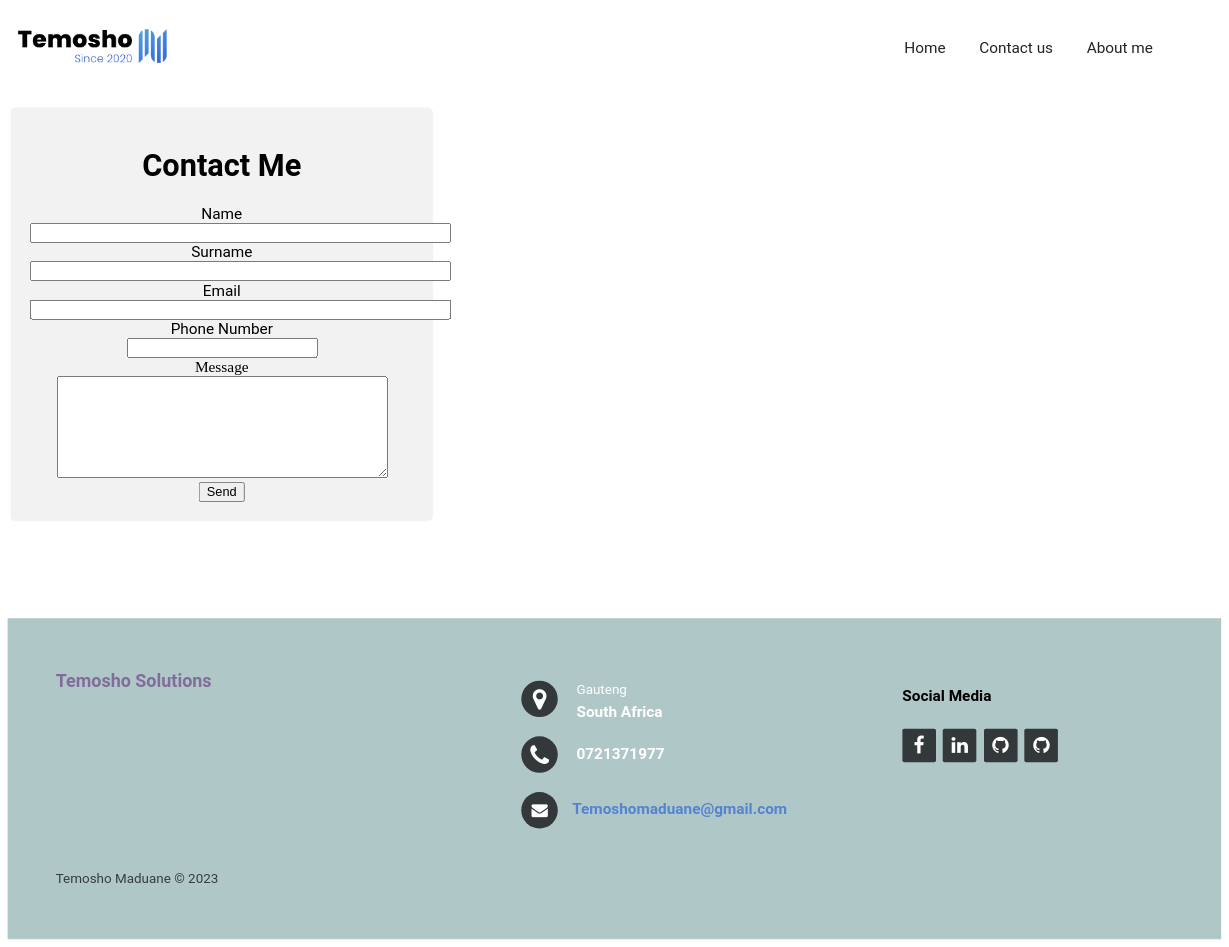
Repository: TemoshoS/T-Shaku
Page: contact.html
An editor plug-in stored every save of this project. The page is shown before and after the next save, followed by the edit.
The browser window is 1280 px wide. The pictures show the whole page, at 96% of full size.
Pictures or frames that could not be fetched are drawn as grey boxes. Some web libraries are served in a nearby version.

Above is the page before, as saved 2023-09-28 14:20:30.
Console error: TypeError: Cannot set properties of null (setting 'innerHTML')

### contact.html
<!DOCTYPE html>
<html>

    <title>
        Contact details
    </title>
    <link rel="stylesheet" href="http://maxcdn.bootstrapcdn.com/font-awesome/4.2.0/css/font-awesome.min.css">
    <link href="http://fonts.googleapis.com/css?family=Cookie" rel="stylesheet" type="text/css">
	  <link rel="stylesheet" href="./css/style.css">


<body>
<!--Navigation bar-->
    <head>
        <div>
          <table style="width: 100%;">
            <tr>
              <td>

                  <img src="./images/logo.png" alt="No Logo" style="height: 50px;"  />

              </td>
              <td align="right">
                <nav
                  style=" margin-right: 50px; margin-top: 16px; margin-bottom: 16px; margin-left: 50px; "
                >
                <ul>
                    <a href="index.html" class="nav-link">Home</a>
                    <a href="#" class="nav-link"> Contact us</a>
                    <a href="about.html" class="nav-link">About me</a>
                </ul>
                </nav>
              </td>
            </tr>
          </table>
        </div>
      </head>






    <main style="text-align:center;">



<br>
 <!--Contact details-->
 <table>
  <tr>
    <td>
 <div class="contactform">
<h1 >Contact Me</h1>
<form
  action="https://formspree.io/f/xqknqbyv"
  method="POST"

>

<label >Name</label></br>
    <input type="text" name="text" size="50" required="true" ></br>

<label >Surname</label></br>
    <input type="text" name="text" size="50" required="true" ></br>

<label >Email</label></br>
    <input type="email" name="email" size="50" required="true" ></br>

<label >Phone Number</label></br>
    <input type="number" name="number"  required="true"></br>

  <label ></label>Message</br>
    <textarea name="message" size="50" required style="width: 339px;height: 100px;"></textarea></br>


  <button type="submit">Send</button>
</form>
</div>

</td>
</tr>
</table>

</br>


    </main>

    <footer class="footer-distributed">
      <div class="footer-left">

          <h3><span>Temosho Solutions</span></h3>
          <p class="footer-links">
            <iframe src="https://www.google.com/maps/embed?pb=!1m18!1m12!1m3!1d57373.12731923028!2d28.183328280934226!3d-26.00669819115315!2m3!1f0!2f0!3f0!3m2!1i1024!2i768!4f13.1!3m3!1m2!1s0x1e956bed9ab01b69%3A0xc853e498933bab2e!2sTembisa%2C%201632!5e0!3m2!1sen!2sza!4v1676883111483!5m2!1sen!2sza"  width="300" height="150" style="border:0;" allowfullscreen="" loping="lazy"></iframe>


          </p>


          <p class="footer-portfolio-name">Temosho Maduane &copy; 2023</p>
      </div>

      <div class="footer-center">

          <div>
              <i class="fa fa-map-marker"></i>
              <p><span>Gauteng</span>South Africa</p>
          </div>
          <div>
              <i class="fa fa-phone"></i>
              <p>0721371977</p>
          </p>

          </div>
          <div>

              <p><a href="temoshomaduane@gmail.com"><i class="fa fa-envelope"></i>Temoshomaduane@gmail.com</a>
              </p>
          </div>
      </div>

      <div class="footer-right">
              <p >
                  Social Media
              </p>

              <div class="footer-icons">
                  <a href="https://m.facebook.com/temosho.shaku"><i class="fa fa-facebook"></i></a>
                  <a href="https://www.linkedin.com/mwlite/in/temosho-shaku-a2598917b"><i class="fa fa-linkedin"></i></a>
                  <a href="https://github.com/TemoshoS"><i class="fa fa-github"></i></a>
                  <a href="https://api.whatsapp.com/send?phone=27 721371977"><i class="fa fa-github"></i></a>

              </div>

      </div>
  </footer>
  <script src="./javascript/contact.js"></script>

</body>
</html>

### css/style.css
/*Navigation bar*/
.nav-link {
	text-decoration: none;
	display: inline-block;
	padding: 13px 13px;
	color: #212529;
	margin-right: 5px;
  }

  .nav-link:hover {
	text-decoration:none;
	border-bottom: 2px solid #84e7ee;
  }


@import url("https://fonts.googleapis.com/css2?family=Roboto:wght@100&display=swap");
h1,
h2,
h3,
h4,
h5,
h6,
p,
a,
label,
address,
input {
	font-family: "Roboto", sans-serif;
}

/*button*/

.buttonmore {
	padding: 0.6em 2em;
	border: none;
	outline: none;
	color: rgb(255, 255, 255);
	cursor: pointer;
	position: relative;
	z-index: 0;
	border-radius: 10px;
	user-select: none;
	-webkit-user-select: none;
	touch-action: manipulation;
  }

  .buttonmore:before {
	content: "";
	background: linear-gradient(
	  45deg,
	  #ff0000,
	  #ff7300,
	  #fffb00,
	  #48ff00,
	  #00ffd5,
	  #002bff,
	  #7a00ff,
	  #ff00c8,
	  #ff0000
	);
	position: absolute;
	top: -2px;
	left: -2px;
	background-size: 400%;
	z-index: -1;
	filter: blur(5px);
	-webkit-filter: blur(5px);
	width: calc(100% + 4px);
	height: calc(100% + 4px);
	animation: glowing-button-85 20s linear infinite;
	transition: opacity 0.3s ease-in-out;
	border-radius: 10px;
  }

  @keyframes glowing-button-85 {
	0% {
	  background-position: 0 0;
	}
	50% {
	  background-position: 400% 0;
	}
	100% {
	  background-position: 0 0;
	}
  }

  .buttonmore:after {
	z-index: -1;
	content: "";
	position: absolute;
	width: 100%;
	height: 100%;
	background: #b0c7c7;
	left: 0;
	top: 0;
	border-radius: 10px;
  }
/*Contact form*/
.contactform {


	border-radius: 5px;
	background-color: #f2f2f2;
	padding: 20px;
	width: 400px;
	margin-left: auto;
	margin-right: auto;

}



.footer-distributed{
	background-color: #b0c7c7;
	box-shadow: 0 1px 1px 0 rgba(5, 110, 52, 0.12);
	box-sizing: border-box;
	width: 100%;
	text-align: left;
	font: bold 16px sans-serif;

	padding: 55px 50px;
	margin-top: 80px;
}

.footer-distributed .footer-left,
.footer-distributed .footer-center,
.footer-distributed .footer-right{
	display: inline-block;
	vertical-align: top;
}

.footer-distributed .footer-left{
	width: 40%;
}

.footer-distributed h3{
	color:  #ffffff;

	margin: 0;
}

.footer-distributed h3 span{
	color:  #826c9b;
}


.footer-distributed .footer-links{
	color:  #ffffff;
	margin: 20px 0 12px;
	padding: 0;
}

.footer-distributed .footer-links a{
	display:inline-block;
	line-height: 1.8;
	text-decoration: none;
	color:  inherit;
}

.footer-distributed .footer-portfolio-name{
	color:  #373d3d;
	font-size: 14px;
	font-weight: normal;
	margin: 0;
}


.footer-distributed .footer-center{
	width: 35%;
}

.footer-distributed .footer-center i{
	background-color:  #33383b;
	color: #ffffff;
	font-size: 25px;
	width: 38px;
	height: 38px;
	border-radius: 50%;
	text-align: center;
	line-height: 42px;
	margin: 10px 15px;
	vertical-align: middle;
}

.footer-distributed .footer-center i.fa-envelope{
	font-size: 17px;
	line-height: 38px;
}

.footer-distributed .footer-center p{
	display: inline-block;
	color: #ffffff;
	vertical-align: middle;
	margin:0;
}

.footer-distributed .footer-center p span{
	display:block;
	font-weight: normal;
	font-size:14px;
	line-height:2;
}

.footer-distributed .footer-center p a{
	color:  #5383d3;
	text-decoration: none;;
}

.footer-distributed .footer-right{
	width: 20%;
}

.footer-distributed .footer-portfolio-about{
	line-height: 20px;
	color:  #92999f;
	font-size: 13px;
	font-weight: normal;
	margin: 0;
}

.footer-distributed .footer-portfolio-about span{
	display: block;
	color:  #ffffff;
	font-size: 14px;
	font-weight: bold;
	margin-bottom: 20px;
}

.footer-distributed .footer-icons{
	margin-top: 25px;
}

.footer-distributed .footer-icons a{
	display: inline-block;
	width: 35px;
	height: 35px;
	cursor: pointer;
	background-color:  #33383b;
	border-radius: 2px;

	font-size: 20px;
	color: #ffffff;
	text-align: center;
	line-height: 35px;

	margin-right: 3px;
	margin-bottom: 5px;
}


@media (max-width: 880px) {

	.footer-distributed{
		font: bold 14px sans-serif;

	}

	.footer-distributed .footer-left,
	.footer-distributed .footer-center,
	.footer-distributed .footer-right{
		display: block;
		width: 100%;
		margin-bottom: 40px;
		text-align: center;
	}

	.footer-distributed .footer-center i{
		margin-left: 0;
	}


}

### javascript/contact.js
document.getElementById("hAdress").innerHTML = "Address";
document.getElementById("address").innerHTML = "<b>1321 winnie mandela zone 5 Tembisa </br> Ekurhuleni Gauteng 1632</b>";


document.getElementById("contactus").innerHTML = "Contact us";
document.getElementById("name").innerHTML = "Name *";
document.getElementById("surname").innerHTML = "Surname *";
document.getElementById("email").innerHTML = "Email *";
document.getElementById("phonenumber").innerHTML = "Phone Number *";
document.getElementById("message").innerHTML = "Your message *";

After the next save:
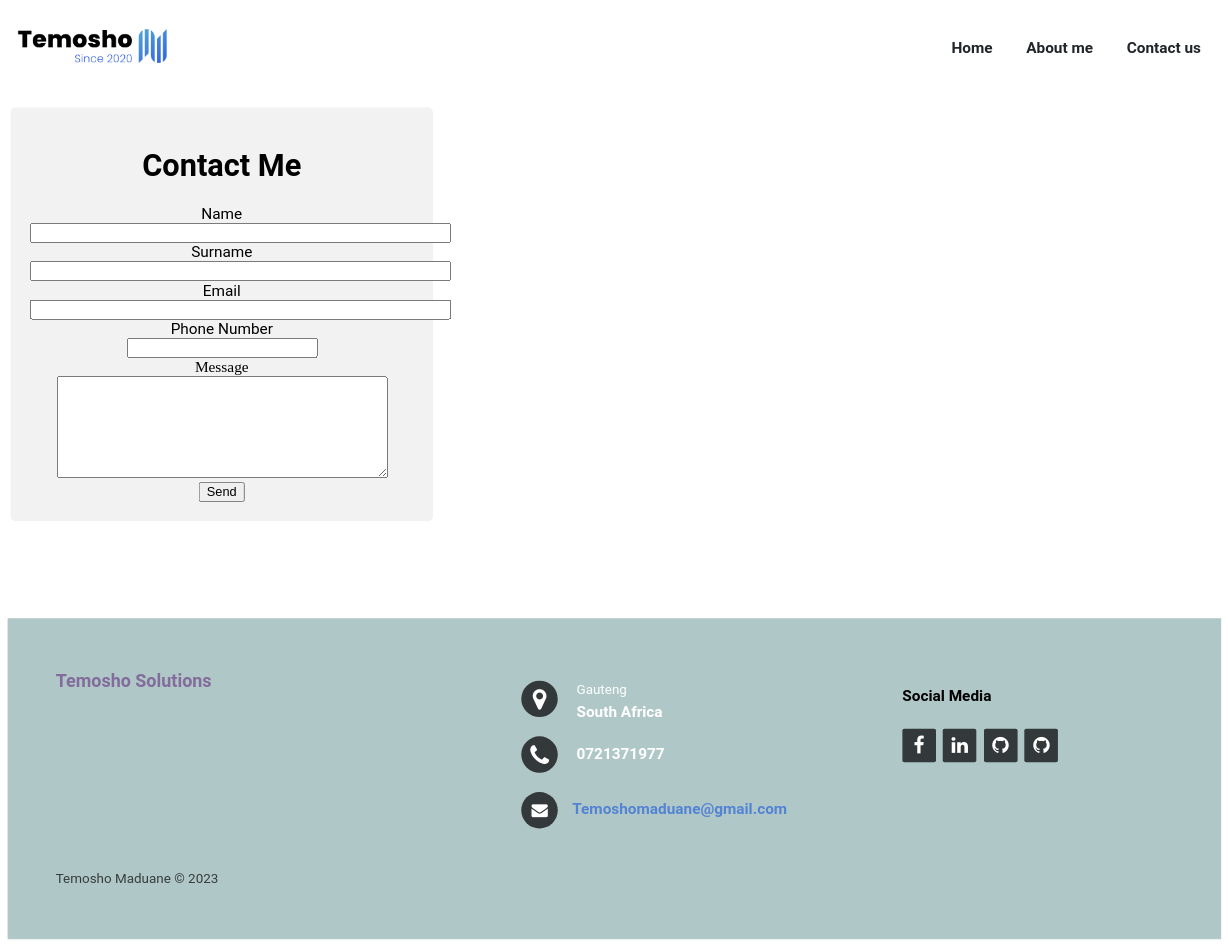
Saved 28 s later.
--- a/contact.html
+++ b/contact.html
@@ -11,30 +11,29 @@
 
 <body>
 <!--Navigation bar-->
-    <head>
-        <div>
-          <table style="width: 100%;">
-            <tr>
-              <td>
+<head>
+  <div>
+    <table style="width: 100%;">
+      <tr>
+        <td>
+          <a href="index.html">
+            <img src="./images/logo.png" style="height: 50px;" alt="No logo" />
+          </a>
+        </td>
+        <td align="right">
+          <nav  >
 
-                  <img src="./images/logo.png" alt="No Logo" style="height: 50px;"  />
-
-              </td>
-              <td align="right">
-                <nav
-                  style=" margin-right: 50px; margin-top: 16px; margin-bottom: 16px; margin-left: 50px; "
-                >
-                <ul>
-                    <a href="index.html" class="nav-link">Home</a>
-                    <a href="#" class="nav-link"> Contact us</a>
-                    <a href="about.html" class="nav-link">About me</a>
-                </ul>
-                </nav>
-              </td>
-            </tr>
-          </table>
-        </div>
-      </head>
+            <ul >
+                <a href="index.html" class="nav-link" ><b>Home</b></a>
+                <a href="about.html" class="nav-link"><b>About me</b></a>
+                <a href="contact.html" class="nav-link"><b>Contact us</b></a>
+            </ul>
+          </nav>
+        </td>
+      </tr>
+    </table>
+  </div>
+</head>
 
 
 
